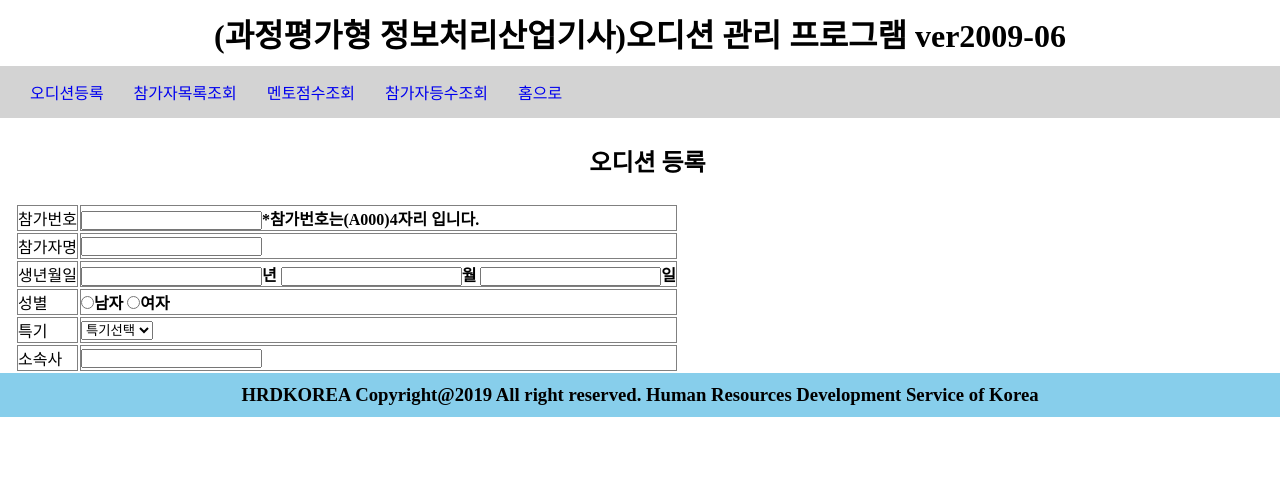
Repository: chyun94/JSP-
Page: http://localhost/Kingdom/insert.jsp
These files come from the project's save history. The page is drawn as it stood at one moment and after the next save; the edit follows.
The browser window is 1280 px wide. The pictures show the whole page.
The page is served by Tomcat 9. Other server files are loaded and not shown.

Above is the page before, as saved 2021-05-09 12:47:43.

### Kingdom/WebContent/insert.jsp
<%@ page language="java" contentType="text/html; charset=UTF-8"
    pageEncoding="UTF-8"%>
<!DOCTYPE html>
<html>
<head>
<meta charset="UTF-8">
<title>Insert title here</title>
<style>
*{margin: 0%;padding: 0%}

.header ul,li,a{
list-style: none;
text-decoration: none;
float: left;
padding-left: 15px;
padding-bottom: 0 20px;
text-align: center;
}
.nav{
padding: 14px 0px; overflow: hidden;
background-color: lightgray;
}
.subject table{
width: 600px;
margin: 0 auto;
}
.subject table,th,td{
border: 1px solid gray;
text-align: left;
}

.footer{
text-align: center; background: skyblue; padding: 11px;
}
</style>
</head>
<body>
<div>
	<header>
		<h1 style="text-align: center; padding: 10px">(과정평가형 정보처리산업기사)오디션 관리 프로그램 ver2009-06</h1>
		<nav class="nav">
		<ul>
			<li><a href="insert.jsp">오디션등록</a></li>
			<li><a href="list.jsp">참가자목록조회</a></li>
			<li><a href="mentolist.jsp">멘토점수조회</a></li>
			<li><a href="ranking.jsp">참가자등수조회</a></li>
			<li><a href="index.jsp">홈으로</a></li>
		</ul>
		</nav>
	</header>
</div>

<div style="padding-left: 15px; text-align: center;">
	<section>
		<h2 style="text-align: center; padding: 25px;">오디션 등록</h2>
		<form action="insert_pro.jsp" method="post" name="frm">

		<table class="subject" style="text-align: center;">
			<tr>
				<td>참가번호</td>
				<th>
					<input type="text"maxlength="4">*참가번호는(A000)4자리 입니다.
				</th>
			</tr>
			<tr>
				<td>참가자명</td>
				<th>
					<input type="text">
				</th>
			</tr>
			<tr>
				<td>생년월일</td>
				<th>
					<input type="text">년
					<input type="text">월
					<input type="text">일
				</th>
			</tr>
			<tr>
				<td>성별</td>
				<th>
					<input type="radio" name="gender" value="M">남자
					<input type="radio" name="gender" value="F">여자
				</th>
			</tr>
			<tr>
				<td>특기</td>
				<th>
					<select>
						<option>특기선택</option>
						<option value="1">댄스</option>
						<option value="2">노래</option>
						<option value="3">랩</option>
					</select>
				</th>
			</tr>
			<tr>
				<td>소속사</td>
				<th>
					<input type="text" name="">
				</th>
			</tr>
		</table>
		</form>
	</section>
</div>

<div>
	<footer>
		<div class="footer">
			<h3 style="text-align: center;">
			HRDKOREA Copyright@2019 All right reserved. Human Resources Development Service of Korea
			</h3>
		</div>
	</footer>
</div>
</body>
</html>

After the next save:
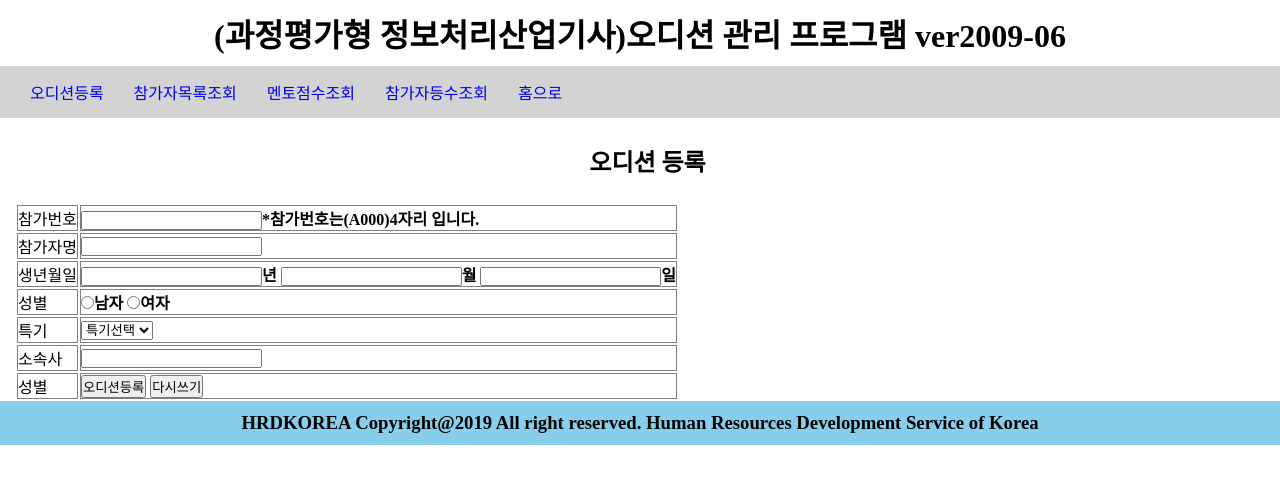
Saved 64 s later.
--- a/Kingdom/WebContent/insert.jsp
+++ b/Kingdom/WebContent/insert.jsp
@@ -100,6 +100,13 @@ text-align: center; background: skyblue; padding: 11px;
 					<input type="text" name="">
 				</th>
 			</tr>
+			<tr>
+				<td>성별</td>
+				<th>
+					<input type="button" onclick="send()" value="오디션등록">
+					<input type="button" onclick="re()" value="다시쓰기">
+				</th>
+			</tr>
 		</table>
 		</form>
 	</section>
